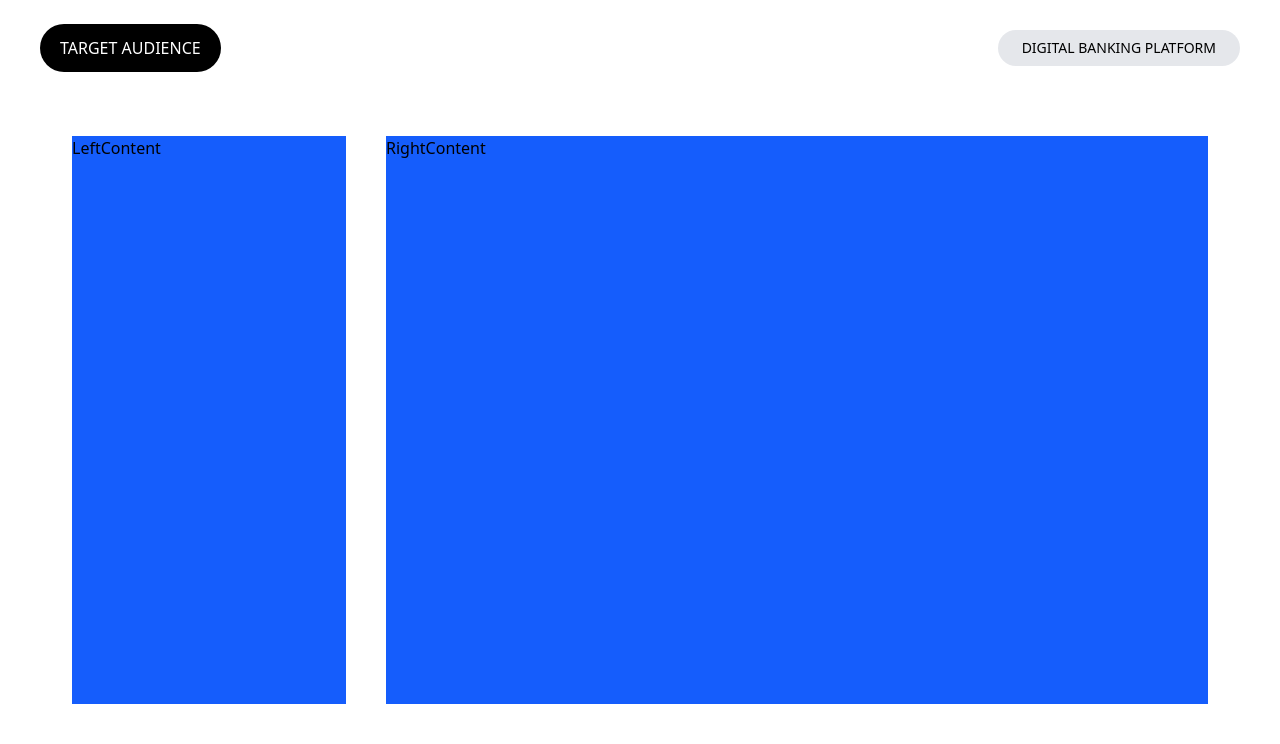
Repository: Mohitkumar1322/ReactTut
Page: / (app in projectSher1/)
These files come from the project's save history. The page is drawn as it stood at one moment and after the next save; the edit follows.
The browser window is 1280 px wide. The pictures show the whole page.
The project was rebuilt for these pictures with package versions that can differ from the ones it lists, and the page was loaded fresh each time. Also part of the build but not shown: projectSher1/vite.config.js.

Above is the page before, as saved 2025-11-16 13:58:31.

After the next save:
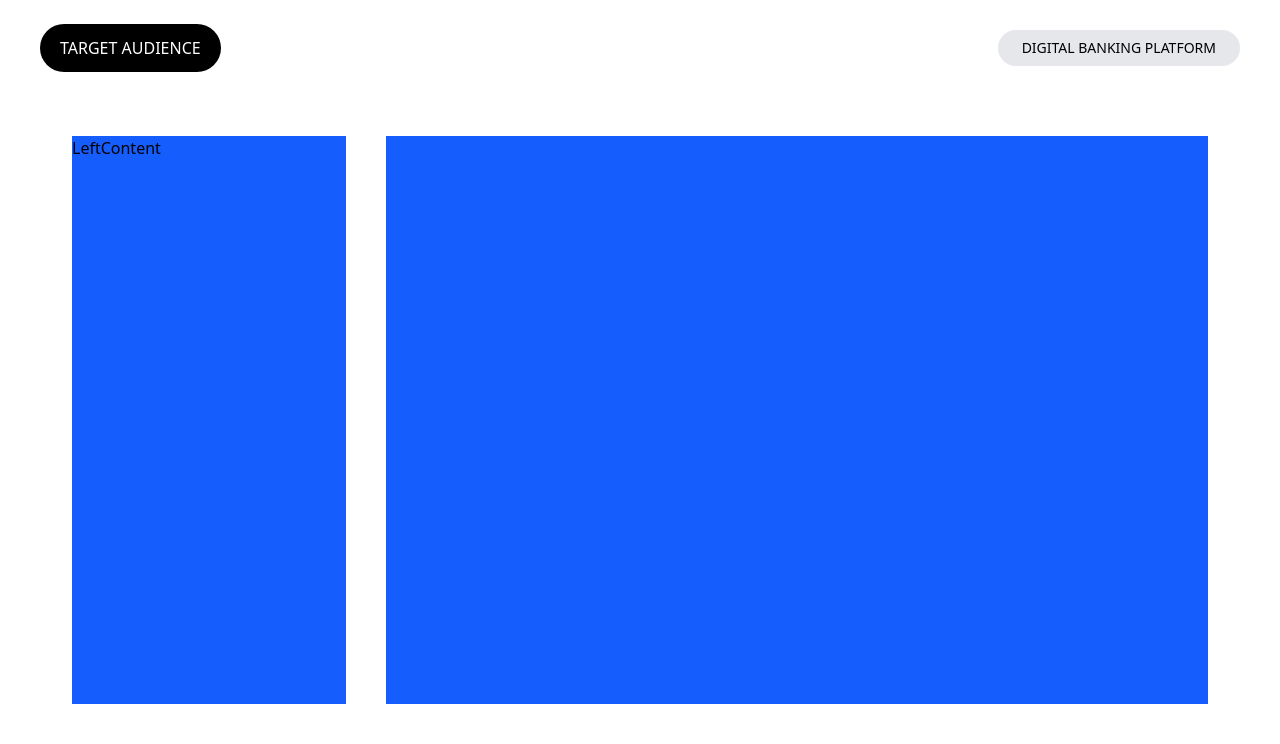
Saved 12 s later.
--- a/projectSher1/src/components/Section1/RightContent.jsx
+++ b/projectSher1/src/components/Section1/RightContent.jsx
@@ -3,7 +3,7 @@ import React from 'react'
 const RightContent = () => {
   return (
     <div className='h-full w-3/4 bg-blue-600'>
-      RightContent
+
     </div>
   )
 }
